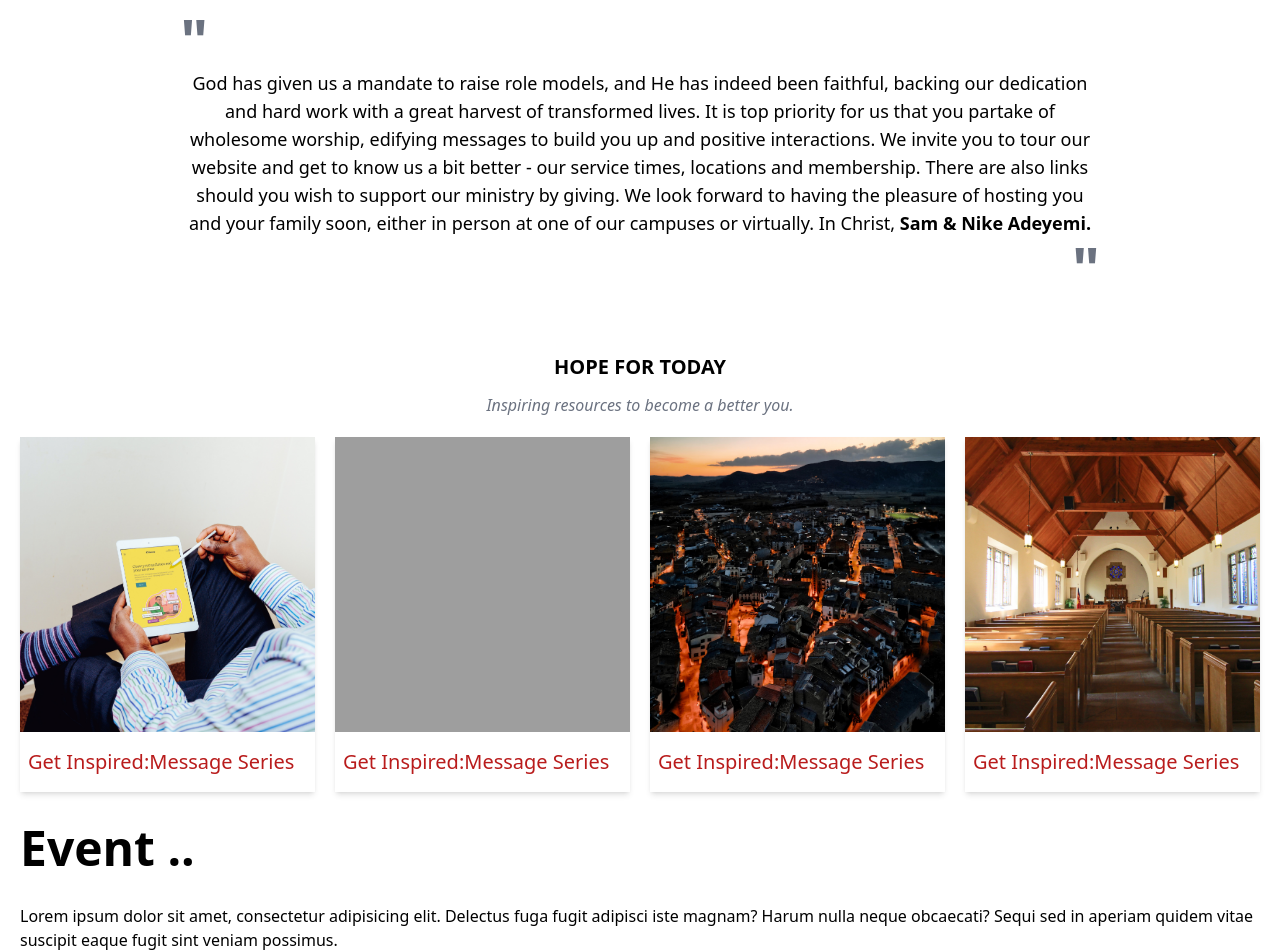
Repository: hisreal123/godschamber
Page: /
The author's editor kept a copy of each file at every save. The page is drawn from the files as they stood at one save, then again after the next save.
The browser window is 1280 px wide. The pictures show the part of the page from y = 823 to 1775 px (the page is 1775 px tall before and 1759 px after).
Pictures or frames that could not be fetched are drawn as grey boxes. The project was rebuilt for these pictures with package versions that can differ from the ones it lists, and the page was loaded fresh each time. The framework's server and built-in components were replaced by stand-ins that run in the browser. Also part of the build but not shown: next.config.js.

Above is the page before, as saved 2023-03-26 12:25:39.

After the next save:
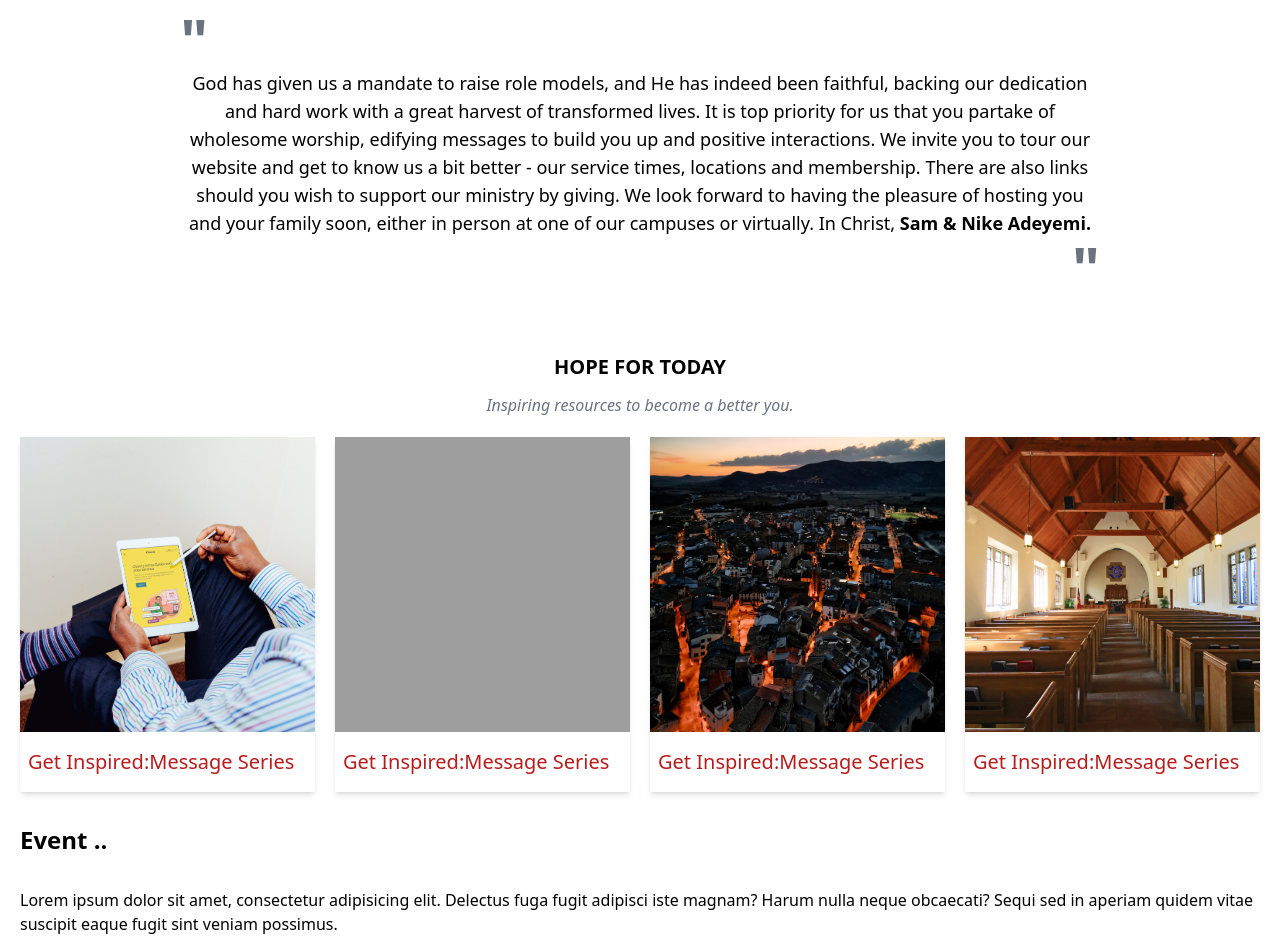
Saved 6 s later.
--- a/src/app/components/Events.tsx
+++ b/src/app/components/Events.tsx
@@ -4,7 +4,7 @@ export default function Events() {
     return (
         <>
             <section className='Container px-5'>
-                <h1 className="my-8 font-bold text-5xl "> Event ..</h1>
+                <h1 className="my-8 font-bold text-2xl "> Event ..</h1>
 
                 <div className="Carousel-ShowCase">
                     <p>Lorem ipsum dolor sit amet, consectetur adipisicing elit. Delectus fuga fugit adipisci iste magnam? Harum nulla neque obcaecati? Sequi sed in aperiam quidem vitae suscipit eaque fugit sint veniam possimus.</p>
